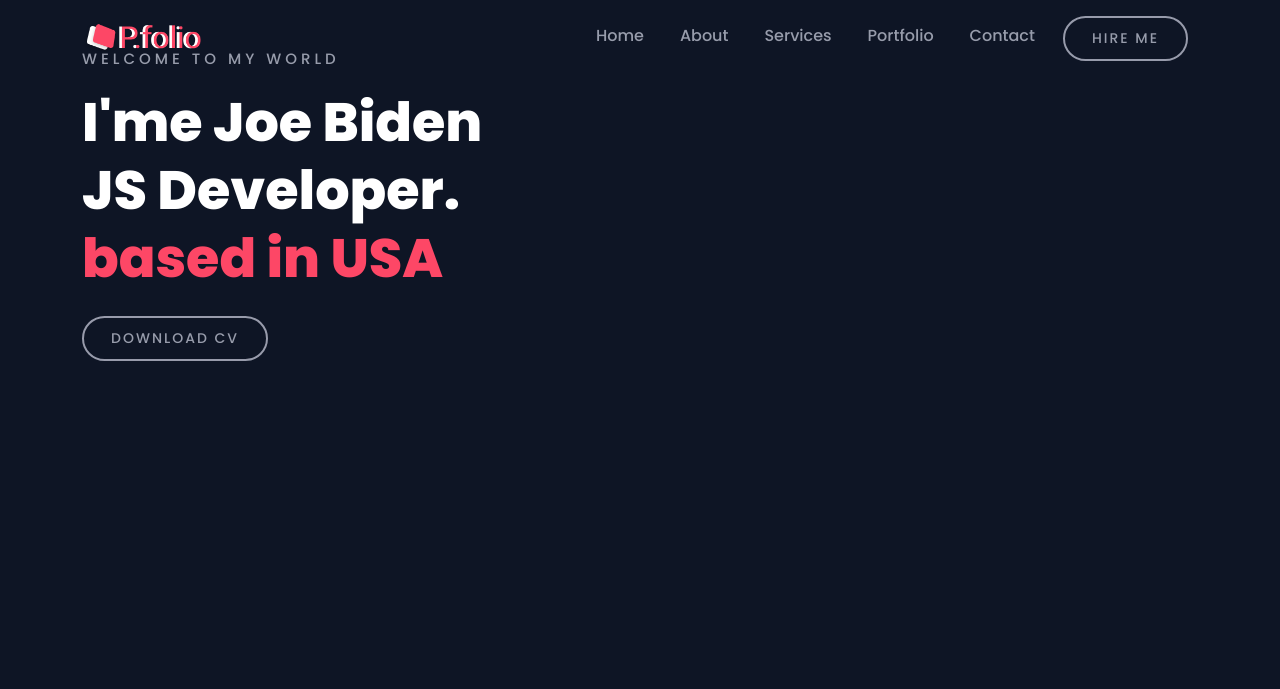
Repository: wadelfadill/Bootstrap_tache_3_responsive_portfolio
Page: index.html
The author's editor kept a copy of each file at every save. The page is drawn from the files as they stood at one save, then again after the next save.
The browser window is 1280 px wide. The pictures show the whole page.
Some web libraries are served in a nearby version.

Above is the page before, as saved 2023-04-07 12:28:08.

After the next save:
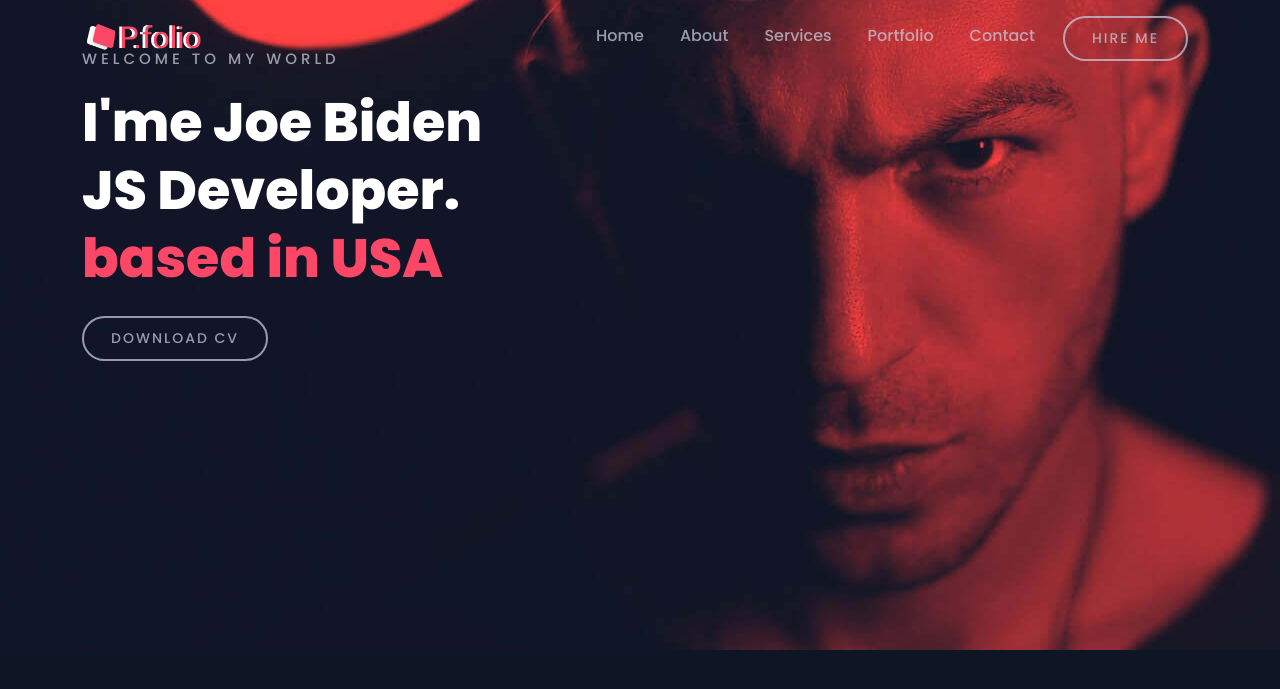
Saved 53 s later.
--- a/css/style.css
+++ b/css/style.css
@@ -211,5 +211,7 @@
     width: 100%;
     height: auto;
     min-height: 650px;
-    background-image: url();
-}
+    background-image: url('../images/bg-image.jpg');
+    background-repeat: no-repeat;
+    background-position: center center;
+}
